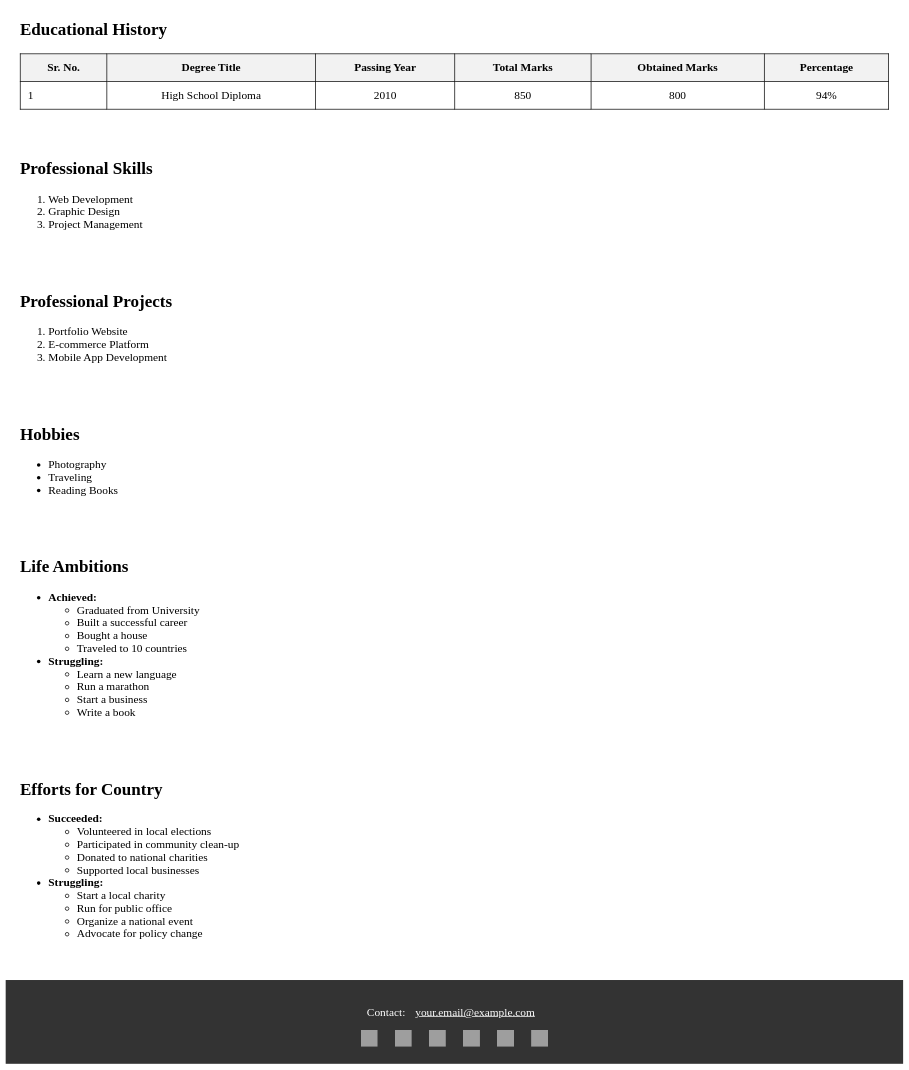
Repository: Fizza-112/portfolio
Page: html2.html
These files come from the project's save history. The page is drawn as it stood at one moment and after the next save; the edit follows.
The browser window is 1280 px wide. The pictures show the part of the page from y = 181 to 2010 px (the page is 1688 px tall before and 2010 px after), at 71% of full size.
Pictures or frames that could not be fetched are drawn as grey boxes. A picture or video elsewhere on the page could not be fetched, so the positions and the page height are approximate.

Above is the page before, as saved 2024-08-18 11:37:41.

### html2.html
<!DOCTYPE html>
<html lang="en">
<head>
    <meta charset="UTF-8">
    <meta name="viewport" content="width=device-width, initial-scale=1.0">
    <title>My Portfolio</title>
    <style>
        /* Basic Styles */


        header {
            padding: 20px;
            background-color: #f0f0f0;
            display: flex;
            justify-content: space-between;
            align-items: center;
        }

        header .name-intro {
            text-align: center;
            flex: 1;
        }

        header h1 {
            margin: 0;
        }

        header p {
            width: 70%;
            margin: 10px auto 0;
        }

        header img {
            max-width: 150px;
            height: auto;
            align-self: flex-end;
        }

        /* Navigation Menu */
        nav {
            background-color: #333;

        }

        nav a {
            float: left;
            display: block;
            color: white;
            text-align: center;
            padding: 14px 16px;

        }

        nav a:hover {
            background-color: #ddd;
            color: black;
        }

        /* Styling the 'Contact Me' link */
        nav a.contact {
            float: right;
            margin-right: 100px;
        }

        /* Section Styles */
        section {
            padding: 20px;
            margin-top: 10px;
        }

        table {
            width: 100%;
            border-collapse: collapse;
            margin-top: 20px;
        }

        table, th, td {
            border: 1px solid black;
        }

        th, td {
            padding: 10px;
            text-align: center;
        }

        th {
            background-color: #f2f2f2;
        }

        td:first-child {
            text-align: left;
        }

        /* Footer Styles */
        footer {
            background-color: #333;
            color: white;
            text-align: center;
            padding: 20px 0;
            margin: 20px 0 0 0;
        }

        footer a {
            color: white;
            margin: 0 10px;
        }

        footer a img {
            width: 24px;
            height: 24px;
        }
    </style>
</head>
<body>

<!-- Header Section -->
<header>
    <div class="name-intro">
        <h1>Name:Fizza</h1>
        <p>Your brief introduction goes here. Keep it under 20 words.</p>
    </div>
    <img src="your-profile-picture.jpg" alt="Profile Picture">
</header>

<!-- Navigation Menu -->
<nav>
    <a href="#educational-history">Educational History</a>
    <a href="#professional-skills">Professional Skills</a>
    <a href="#professional-projects">Professional Projects</a>
    <a href="#hobbies">Hobbies</a>
    <a href="#life-ambitions">Life Ambitions</a>
    <a href="#efforts-for-country">Efforts for Country</a>
    <a href="#contact-me" class="contact">Contact Me</a>
</nav>
<!-- Educational History Section -->
<section id="educational-history">
    <h2>Educational History</h2>
    <table>
        <tr>
            <th>Sr. No.</th>
            <th>Degree Title</th>
            <th>Passing Year</th>
            <th>Total Marks</th>
            <th>Obtained Marks</th>
            <th>Percentage</th>
        </tr>
        <tr>
            <td>1</td>
            <td>High School Diploma</td>
            <td>2010</td>
            <td>850</td>
            <td>800</td>
            <td>94%</td>
        </tr>
        <!-- Add more rows as necessary -->
    </table>
</section>
<!-- Professional Skills Section -->
<section id="professional-skills">
    <h2>Professional Skills</h2>
    <ol>
        <li>Web Development</li>
        <li>Graphic Design</li>
        <li>Project Management</li>
        <!-- Add more skills as necessary -->
    </ol>
</section>
<!-- Professional Projects Section -->
<section id="professional-projects">
    <h2>Professional Projects</h2>
    <ol>
        <li>Portfolio Website</li>
        <li>E-commerce Platform</li>
        <li>Mobile App Development</li>
        <!-- Add more projects as necessary -->
    </ol>
</section>
<!-- Hobbies Section -->
<section id="hobbies">
    <h2>Hobbies</h2>
    <ul>
        <li>Photography</li>
        <li>Traveling</li>
        <li>Reading Books</li>
        <!-- Add more hobbies as necessary -->
    </ul>
</section>

<!-- Life Ambitions Section -->
<section id="life-ambitions">
    <h2>Life Ambitions</h2>
    <ul>
        <li><strong>Achieved:</strong>
            <ul>
                <li>Graduated from University</li>
                <li>Built a successful career</li>
                <li>Bought a house</li>
                <li>Traveled to 10 countries</li>
            </ul>
        </li>
        <li><strong>Struggling:</strong>
            <ul>
                <li>Learn a new language</li>
                <li>Run a marathon</li>
                <li>Start a business</li>
                <li>Write a book</li>
            </ul>
        </li>
    </ul>
</section>

<!-- Efforts for Country Section -->
<section id="efforts-for-country">
    <h2>Efforts for Country</h2>
    <ul>
        <li><strong>Succeeded:</strong>
            <ul>
                <li>Volunteered in local elections</li>
                <li>Participated in community clean-up</li>
                <li>Donated to national charities</li>
                <li>Supported local businesses</li>
            </ul>
        </li>
        <li><strong>Struggling:</strong>
            <ul>
                <li>Start a local charity</li>
                <li>Run for public office</li>
                <li>Organize a national event</li>
                <li>Advocate for policy change</li>
            </ul>
        </li>
    </ul>
</section>


<!-- Footer Section -->
<footer id="contact-me">
    <p>Contact: <a href="mailto:your.email@example.com">your.email@example.com</a></p>
    <div>
        <a href="#"><img src="whatsapp-icon.png" alt="WhatsApp"></a>
        <a href="#"><img src="facebook-icon.png" alt="Facebook"></a>
        <a href="#"><img src="instagram-icon.png" alt="Instagram"></a>
        <a href="#"><img src="youtube-icon.png" alt="YouTube"></a>
        <a href="#"><img src="linkedin-icon.png" alt="LinkedIn"></a>
        <a href="#"><img src="twitter-icon.png" alt="Twitter"></a>
    </div>
</footer>

</body>
</html>

After the next save:
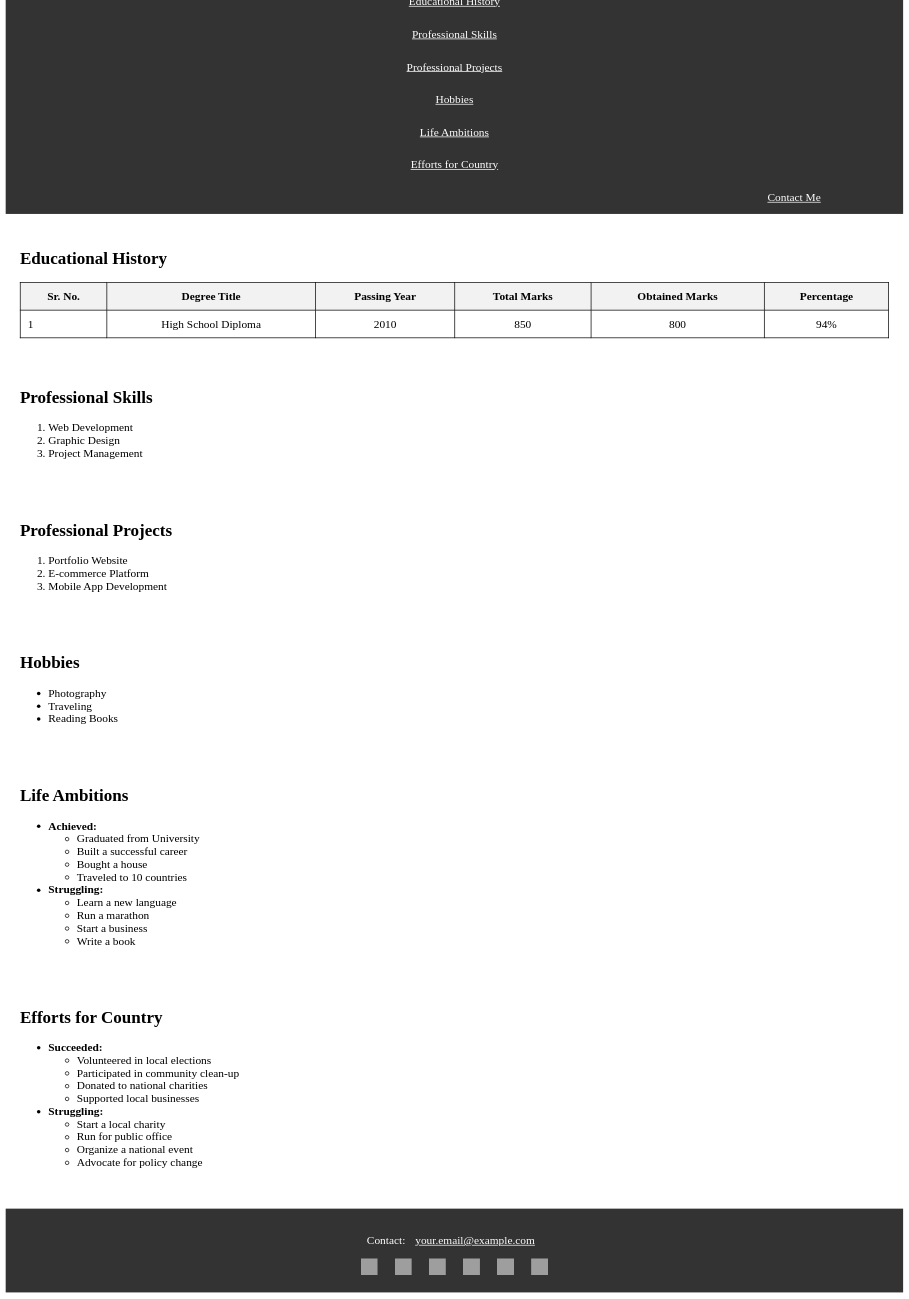
Saved 105 s later.
--- a/html2.html
+++ b/html2.html
@@ -39,11 +39,11 @@
         /* Navigation Menu */
         nav {
             background-color: #333;
-
+            overflow: hidden;
         }
 
         nav a {
-            float: left;
+
             display: block;
             color: white;
             text-align: center;
